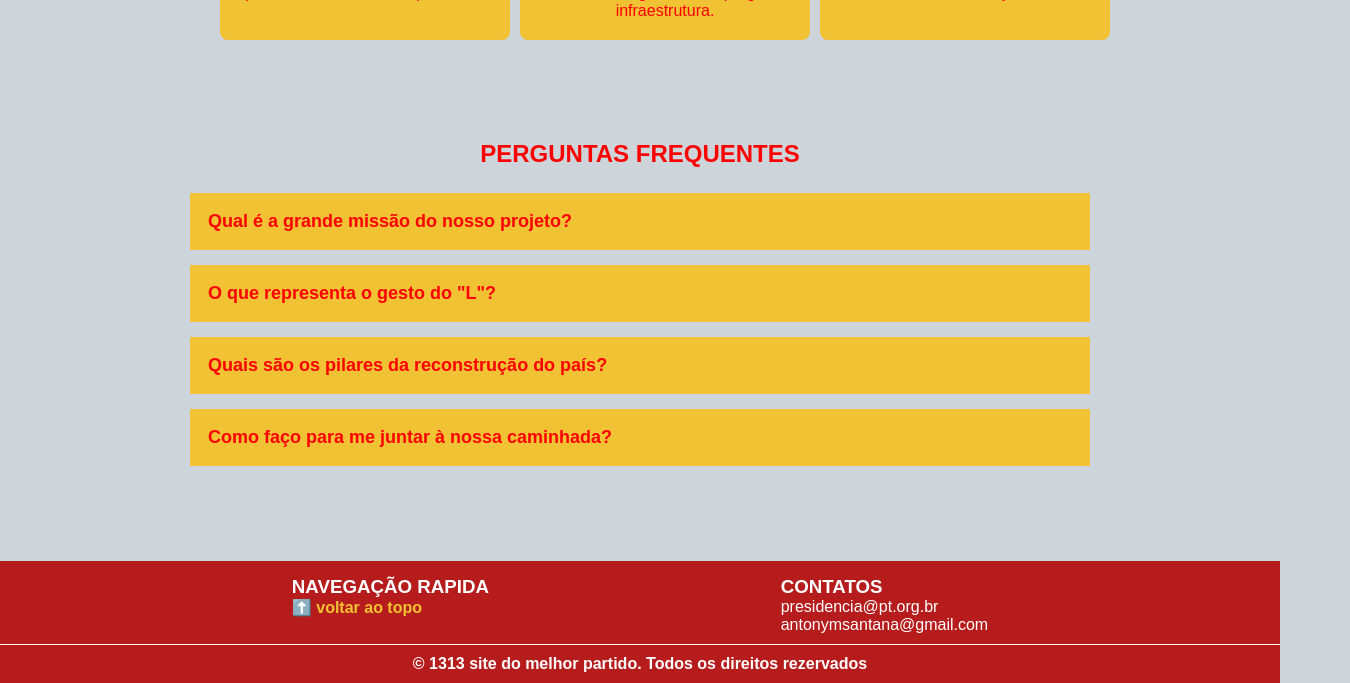
Repository: antonymsantana-design/second.revision
Page: html/html.html
An editor plug-in stored every save of this project. The page is shown before and after the next save, followed by the edit.
The browser window is 1280 px wide. The page is 1350 px wide, so the pictures cover 1350 px, including what lies to the right of the window. The pictures show the part of the page from y = 2024 to 2892 px (the page is 2707 px tall before and 3019 px after).

Above is the page before, as saved 2026-09-05 13:38:52.

After the next save:
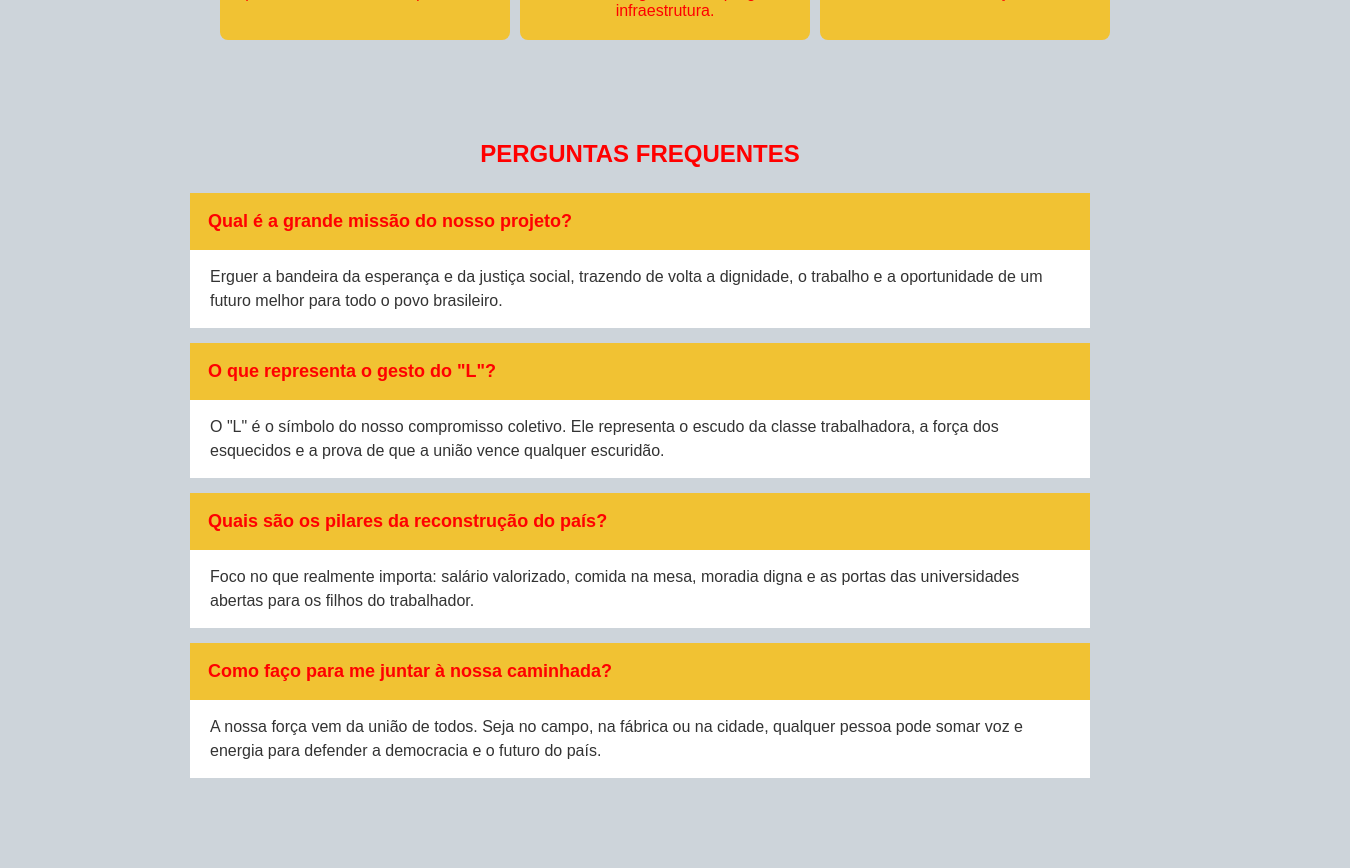
Saved 4 s later.
--- a/css/css.css
+++ b/css/css.css
@@ -419,6 +419,6 @@
     line-height: 1.5;
 }
 
-.crd-item.ativo .crd-resposta {
+.crd-item.ativo, .crd-resposta {
     max-height: 200px;
 }

After the 4 saves that followed:
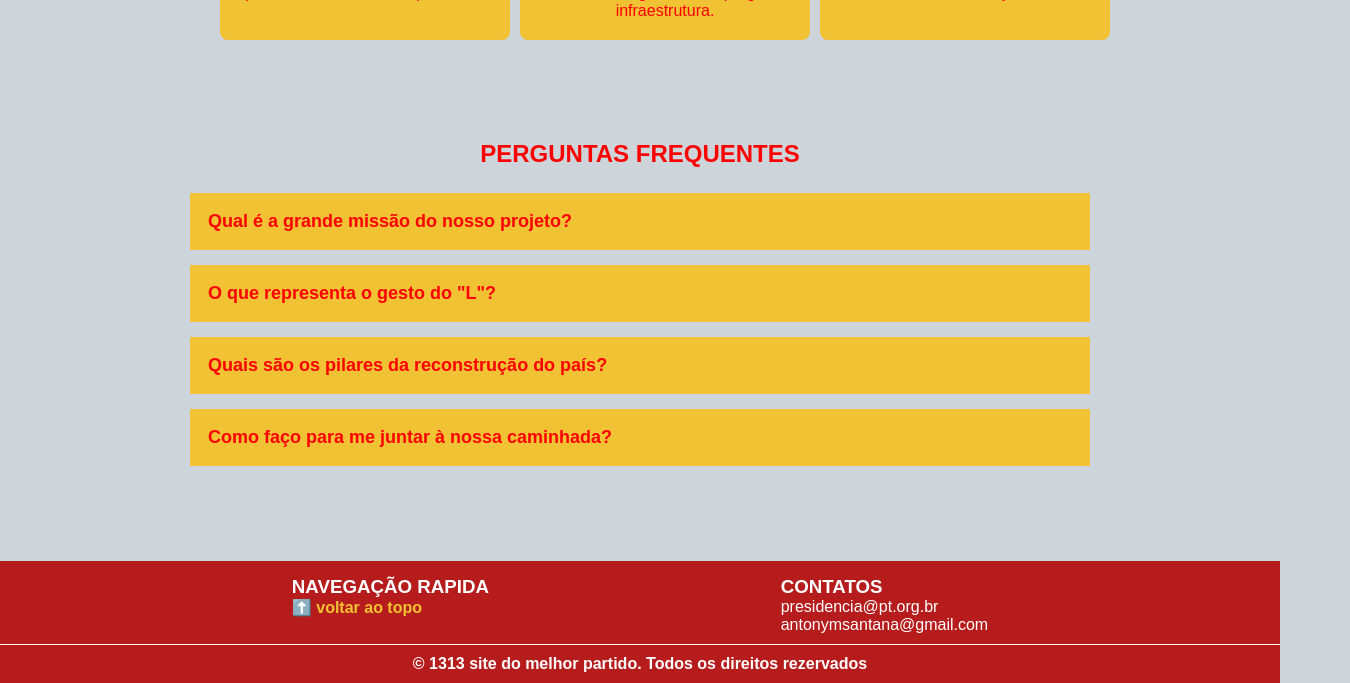
The 4 saves are shown as one change because 1 left the picture as it was and some came seconds apart.
The last was saved 48 s later.
--- a/css/css.css
+++ b/css/css.css
@@ -407,10 +407,10 @@
 }
 
 .crd-resposta {
-    max-height: 0;
+    display: none;
     overflow: hidden;
     background-color: white;
-    transition: 0.4s;
+    transition: 0.4s ease;
 }
 
 .crd-resposta p {
